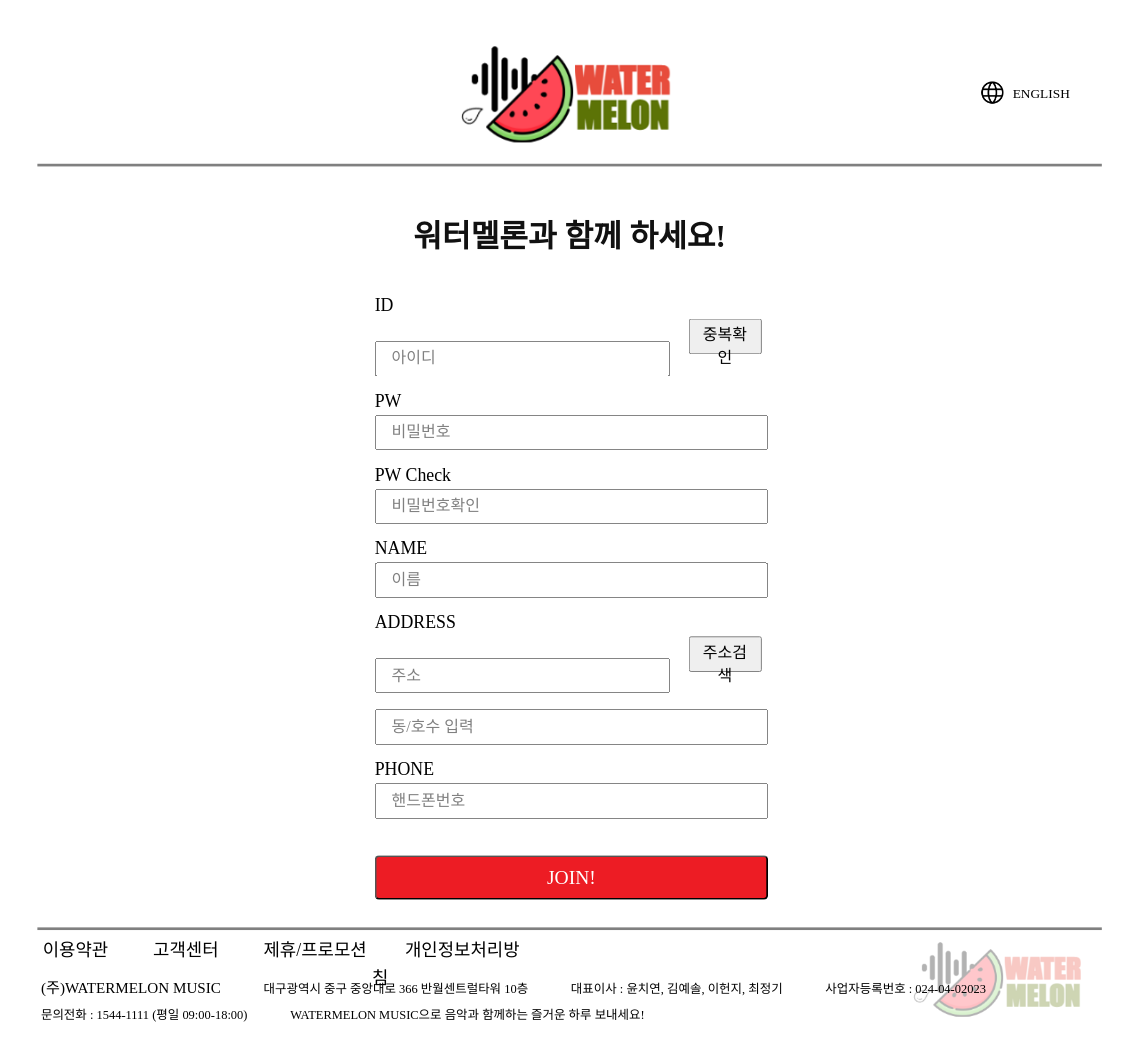
Repository: anchobb/TEAM_STS
Page: http://localhost/PJ_TEAM01/WEB-INF/views/member/join.jsp
These files come from the project's save history. The page is drawn as it stood at one moment and after the next save; the edit follows.
The browser window is 1280 px wide. The pictures show the whole page, at 89% of full size.
Some web fonts or font styles are not loaded; a fallback is used. Some web libraries are served in a nearby version. The page is served by Tomcat 9. Nobody is signed in. The template is opened directly, without the code that normally fills it, so the values that code supplies are empty.

Above is the page before, as saved 2023-09-12 06:35:14.
Console error: SyntaxError: Unexpected end of input

After the next save:
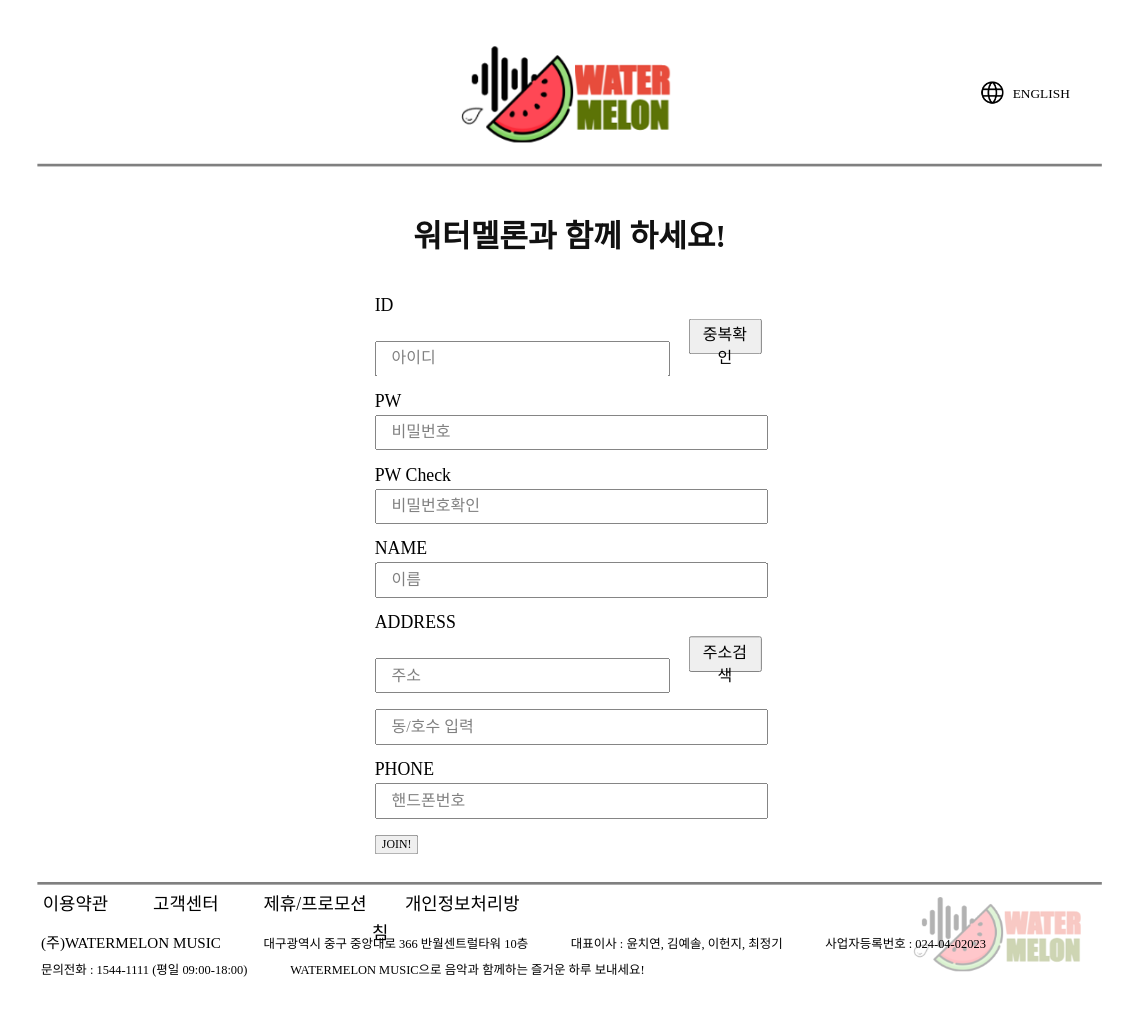
Saved 62 s later.
--- a/PJ_TEAM01/src/main/webapp/WEB-INF/views/member/join.jsp
+++ b/PJ_TEAM01/src/main/webapp/WEB-INF/views/member/join.jsp
@@ -79,7 +79,7 @@
 					<li><input type="text" placeholder="동/호수 입력" title="주소입력"></li>
 					<li><span>PHONE</span> <input type="text" name="phone"
 						placeholder="핸드폰번호" title="핸드폰번호입력" required></li>
-					<li><button id="join_btn">JOIN!</button></li>
+					<li><button class="join_btn">JOIN!</button></li>
 				</ul>
 			</form>
 		</section>
@@ -136,7 +136,7 @@
 	<script src="https://cdnjs.cloudflare.com/ajax/libs/axios/1.4.0/axios.min.js" integrity="sha512-uMtXmF28A2Ab/JJO2t/vYhlaa/3ahUOgj1Zf27M5rOo8/+fcTUVH0/E0ll68njmjrLqOBjXM3V9NiPFL5ywWPQ==" crossorigin="anonymous" referrerpolicy="no-referrer"></script>
 
 	<script>
-	const join_btn_el = document.querySelector('join_btn');
+	const join_btn_el = document.querySelector('.join_btn');
     join_btn_el.addEventListener('click', function () {
         axios.post('http://localhost:8080/app/member/join')
         .then(response=>{

After the save that followed:
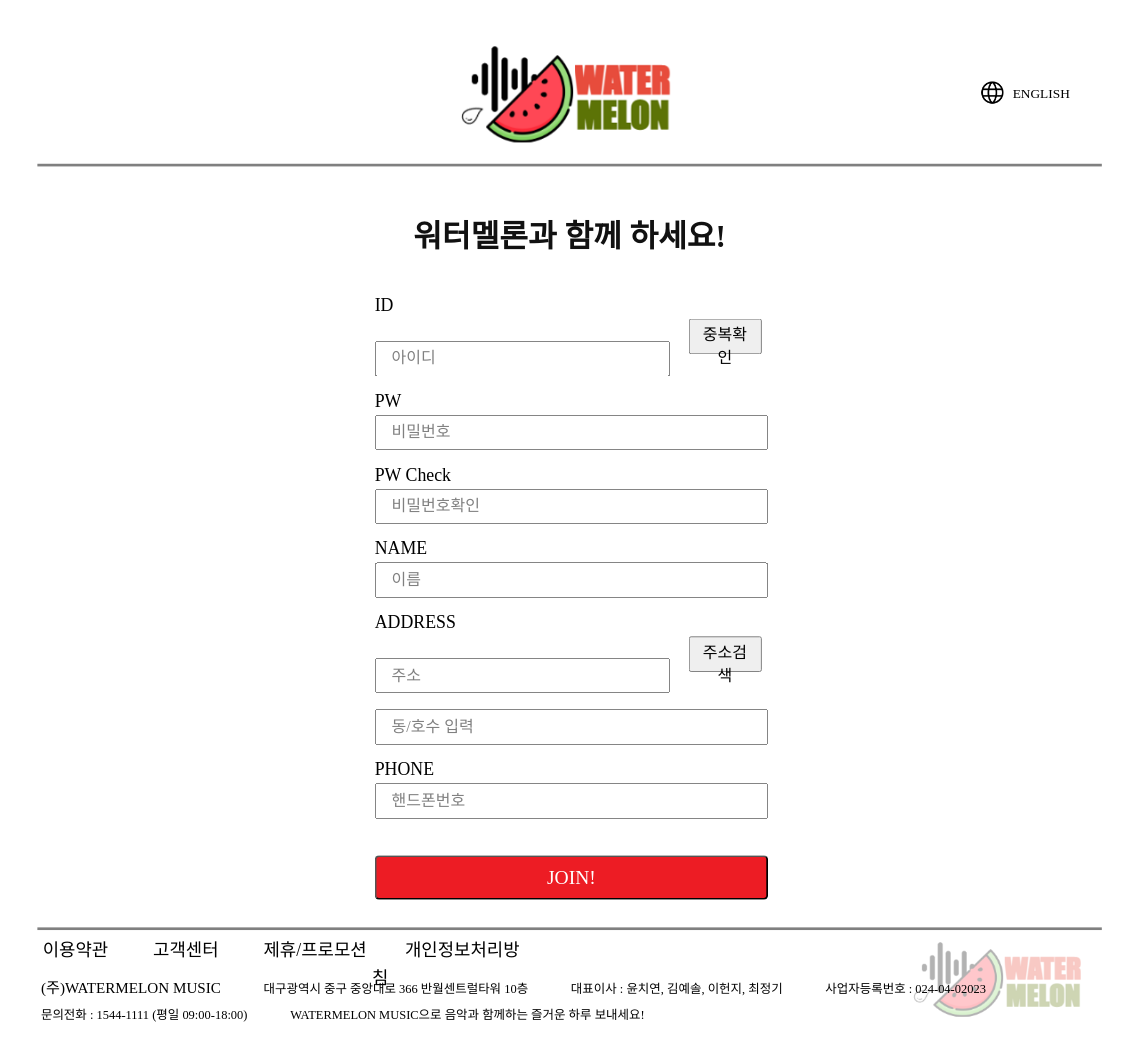
Saved 41 s later.
--- a/PJ_TEAM01/src/main/webapp/WEB-INF/views/member/join.jsp
+++ b/PJ_TEAM01/src/main/webapp/WEB-INF/views/member/join.jsp
@@ -79,7 +79,7 @@
 					<li><input type="text" placeholder="동/호수 입력" title="주소입력"></li>
 					<li><span>PHONE</span> <input type="text" name="phone"
 						placeholder="핸드폰번호" title="핸드폰번호입력" required></li>
-					<li><button class="join_btn">JOIN!</button></li>
+					<li><button id="join_btn">JOIN!</button></li>
 				</ul>
 			</form>
 		</section>
